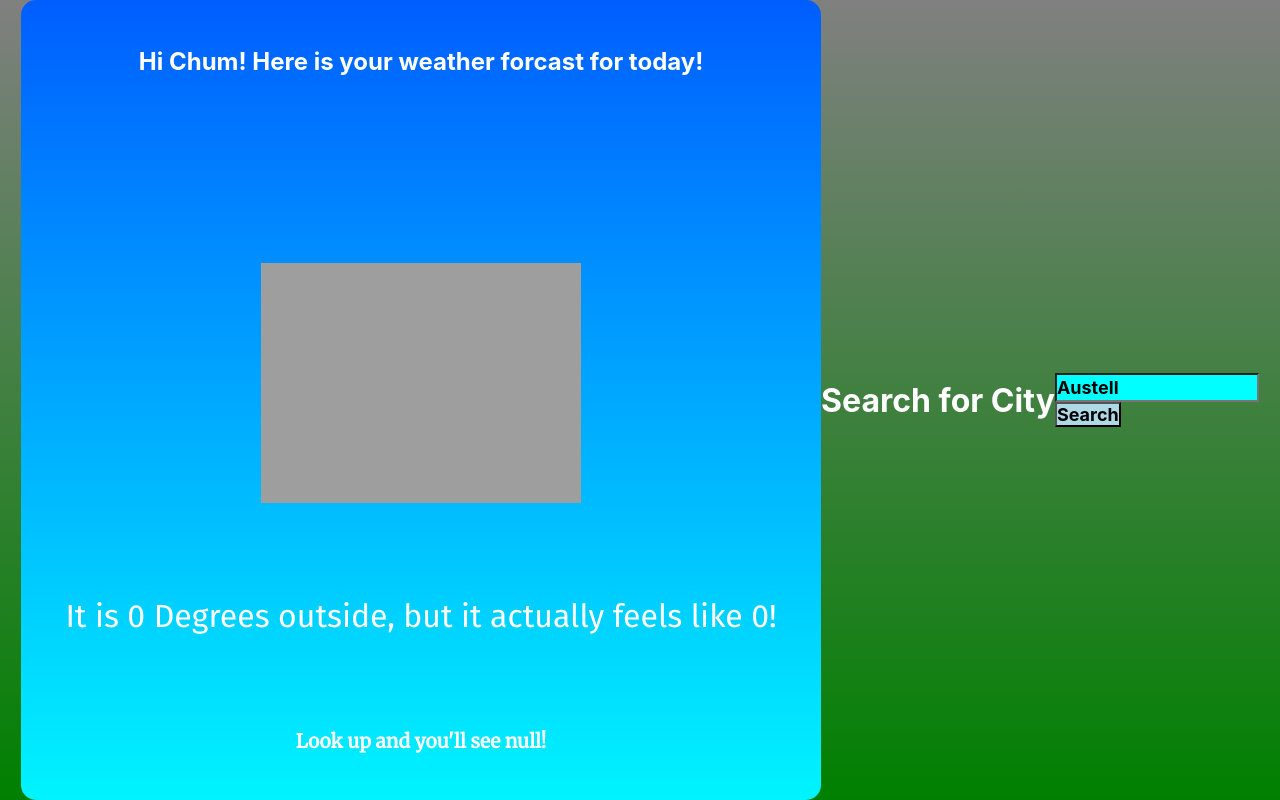
Repository: sayrilamar/chumsweatherapp
Page: /
An editor plug-in stored every save of this project. The page is shown before and after the next save, followed by the edit.
The browser window is 1280 px wide. The pictures show the whole page.
Pictures or frames that could not be fetched are drawn as grey boxes. The page's requests for data from a server got no answer. The project was rebuilt for these pictures with package versions that can differ from the ones it lists, and the page was loaded fresh each time. No one was signed in, and anything a server would have sent is missing.

Above is the page before, as saved 2020-04-19 09:04:04.

### src/index.css
* {
  margin: 0;
  padding: 0;
  font-family: -apple-system, BlinkMacSystemFont, 'Segoe UI', 'Roboto', 'Oxygen',
    'Ubuntu', 'Cantarell', 'Fira Sans', 'Droid Sans', 'Helvetica Neue',
    sans-serif;
  -webkit-font-smoothing: antialiased;
  -moz-osx-font-smoothing: grayscale;
}

body {
  background: linear-gradient(to top, green, grey)
}

### src/App.js
import React, {useState, useEffect} from "react";
import "./App.css";
import WeatherCard from "./components/WeatherCard/component.js";

function App() {
  const [query,
    setQuery] = useState("Austell");
  const [weather,
    setWeather] = useState({
    temp: null,
    city: null,
    condition: null,
    country: null,
    description: null,
    feels_like: null
  });

  const data = async q => {
    const apiRes = await fetch(`http://api.openweathermap.org/data/2.5/weather?q=${q}&units=imperial&APPID=ab0ef440364092f54ff821ca2b803163`);
    const resJSON = await apiRes.json();
    return resJSON;
  };

  const handleSearch = e => {
    data(query).then(res => console.log(res));
    e.preventDefault();
    data(query).then(res => {
      setWeather({
        temp: res.main.temp,
        city: res.name,
        condition: res.weather[0].main,
        country: res.sys.country,
        description: res.weather[0].description,
        feels_like: res.main.feels_like
      });
    });
  };

  // runs once the dom is loaded for the first time only, because there is no
  // variable being watched in the dependency array
  useEffect(() => {
    data(query).then(res => {
      setWeather({
        temp: res.main.temp,
        city: res.name,
        condition: res.weather[0].main,
        country: res.sys.country,
        description: res.weather[0].description,
        feels_like: res.main.feels_like
      });
    });
  }, []);

  return (
    <div className="App">
      <div>
        <WeatherCard
          temp={Math.round(weather.temp)}
          condition={weather.condition}
          city={weather.city}
          state={weather.country}
          description={weather.description}
          feels_like={Math.round(weather.feels_like)}/>
      </div>
      <h1>Search for City</h1>
      <form>
        <div>
          <input
            className="input"
            value={query}
            onChange={e => setQuery(e.target.value)}/>
        </div>
        <div>
          <button className="button" onClick={e => handleSearch(e)}>
            Search
          </button>
        </div>
      </form>
    </div>
  );
}

export default App;

### src/App.css
@import url("https://fonts.googleapis.com/css?family=Merriweather|Fira+Sans&display=swap");


.App {
  margin: 0 auto;
  color: white;
  display: flex;
  justify-content: center;
  align-items: center;
}


h1 {
  font-weight: bold;
}

.input {
  background-color: aqua;
  font-weight: bold;
  height: 25px;
  width: 200px;
  font-size: large;
}

.button {
  height: fit-content;
  font-size: large;
  font-weight: bold;
  background-color: lightblue
}

### src/components/WeatherCard/component.js
import React from "react";
import styled from "@emotion/styled";
import Location from "./Location";
import Icon from "./Icon";
import Condition from "./Condition";

const WeatherCard = ({
    temp,
    condition,
    city,
    state,
    description,
    feels_like
}) => {
    let highColor = 0;
    let lowColor = 0;
    let bg = null;

    if (temp > 53.6) {
        highColor = (1 - (temp - 53.6) / 50.4) * 255;
        lowColor = highColor - 150;
        bg = `linear-gradient(
            to top,
            rgb(255, ${highColor}, 0),
            rgb(255, ${lowColor}, 0)
          )`;
    } else if (temp <= 53.6) {
        highColor = (1 - (temp + 4) / 89) * 255;
        lowColor = highColor - 150;
        bg = `linear-gradient(
            to top,
            rgb(0, ${highColor}, 255),
            rgb(0, ${lowColor}, 255)
          )`;
    }

    const Card = styled.div `
    margin: 0 auto;
    background: ${bg};
    width: 800px;
    height: 800px;
    display: flex;
    flex-direction: column;
    justify-content: space-around;
    align-items: center;
    border-radius: 15px;
  `;

    return (
        <Card>
            <h2>Hi Chum! Here is your weather forcast for today!</h2>
            <Location city={city} state={state}/>
            <Icon condition={condition}/>
            <Condition
                temp={temp}
                condition={condition}
                description={description}
                feels_like={feels_like}/>
        </Card>
    );
};

export default WeatherCard;

### src/components/WeatherCard/Location.js
import React from "react";
import styled from "@emotion/styled";

const Location = ({city, state}) => {
  const Container = styled.div `
    text-align: center;
  `;

  const City = styled.h1 `
    font-family: "Merriweather", sans-serif;
    font-size: 1.6rem;
  `;

  const Country = styled.h3 `
    font-family: "Fira Sans", sans-serif;
    font-size: 1.1rem;
  `;

  return (
    <Container>
      <City>{city}</City>
      <Country>{state}</Country>
    </Container>
  );
};

export default Location;

### src/components/WeatherCard/Icon.js
import React from "react";
import styled from "@emotion/styled";

// https://openweathermap.org/weather-conditions
const Icon = ({condition}) => {
  let icon;
  switch (condition) {
    case "Clouds":
      icon = `02d@2x`;
      break;
    case "Clear":
      icon = `01d@2x`;
      break;
    case "Haze":
      icon = `50d@2x`;
      break;
    case "Fog":
      icon = `50d@2x`;
      break;
    case "Tornado":
      icon = `50d@2x`;
      break;
    case "Dust":
      icon = `50d@2x`;
      break;
    case "Mist":
      icon = `50d@2x`;
      break;
    case "Snow":
      icon = `13d@2x`;
      break;
    case "Rain":
      icon = `10d@2x`;
      break;
    case "Drizzle":
      icon = `11d@2x`;
      break;
    case "Thunderstorm":
      icon = `11d@2x`;
      break;
    default:
      icon = ``;
      break;
  }

  const Icon = styled.img `
    width: 40%;
  `;

  return (<Icon src={`http://openweathermap.org/img/wn/${icon}.png`} alt="Weather Icon"/>);
};

export default Icon;

### src/components/WeatherCard/Condition.js
import React, {Fragment} from "react";
import styled from "@emotion/styled";

const Condition = ({temp, condition, description, feels_like}) => {
  const Temp = styled.h1 `
    font-family: "Fira Sans", sans-serif;
    font-size: 2rem;
    font-weight: 200;
  `;

  const State = styled.h3 `
    font-family: "Merriweather", sans-serif;
    font-size: 1.2rem;
  `;

  return (
    <Fragment>
      <Temp>
        It is {temp + " "}
        Degrees outside, but it actually feels like {feels_like}!
      </Temp>
      <State>{"Look up and you'll see " + description + "!"}</State>
    </Fragment>
  );
};

export default Condition;

Loaded but not shown: public/index.html (common file); src/index.js (common file); src/serviceWorker.js (common file)

After the next save:
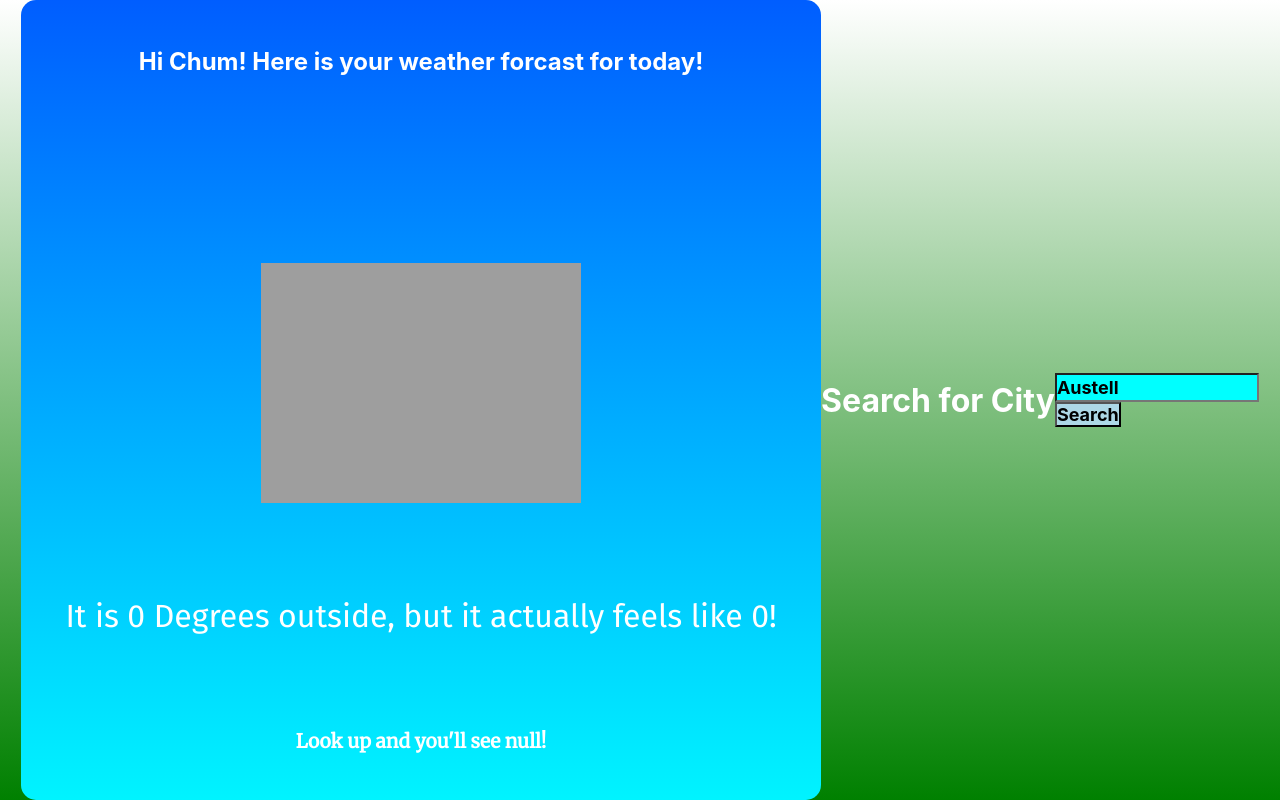
Saved 27 s later.
--- a/src/index.css
+++ b/src/index.css
@@ -9,5 +9,5 @@
 }
 
 body {
-  background: linear-gradient(to top, green, grey)
+  background: linear-gradient(to top, green, white)
 }
